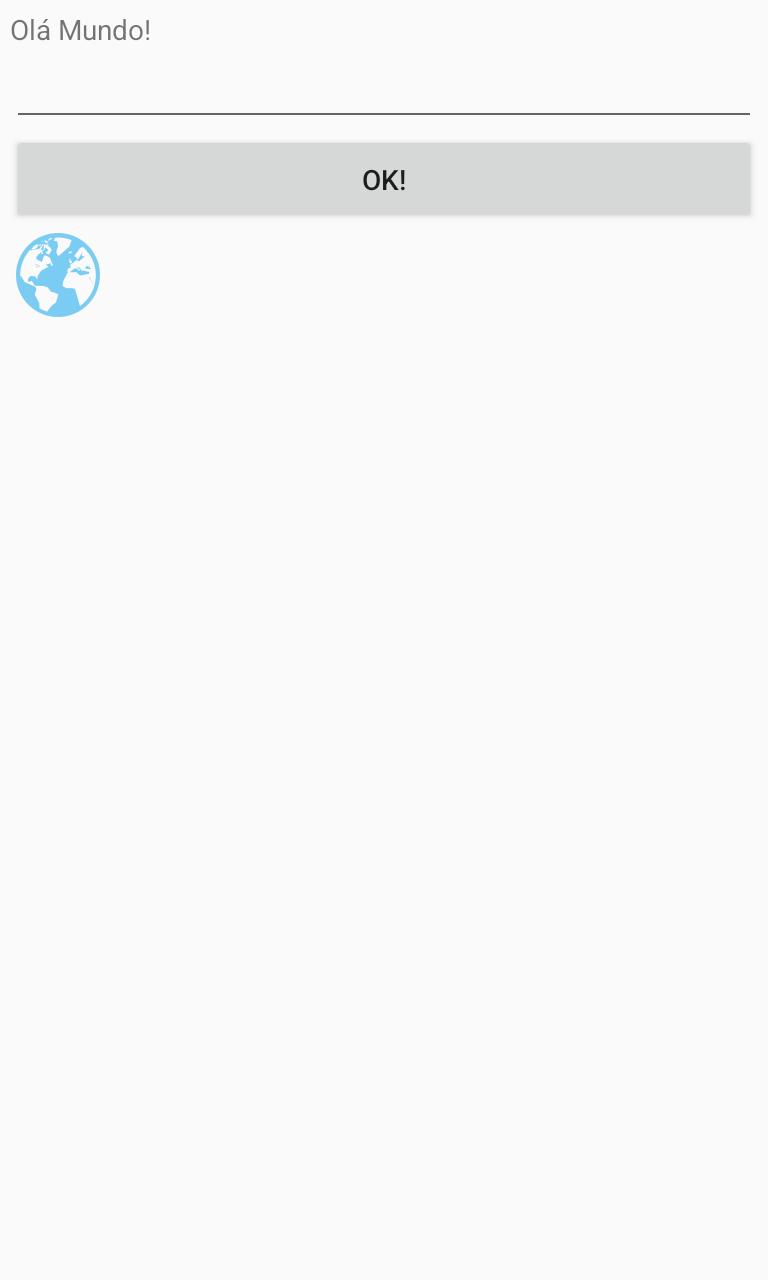
Repository: KaioWeb1/app-minhaCidade
Layout: OlaMundo/res/layout/principal.xml
The author's editor kept a copy of each file at every save. The layout is drawn from the files as they stood at one save, then again after the next save.
It is drawn on a 768 x 1280 px phone screen (xhdpi) without system bars, with theme AppTheme; the app's code is not run.

Above is the layout before, as saved 2014-09-05 14:58:28.

### OlaMundo/res/layout/principal.xml
<LinearLayout xmlns:android="http://schemas.android.com/apk/res/android"
    xmlns:tools="http://schemas.android.com/tools"
    android:layout_width="match_parent"
    android:layout_height="match_parent"
    android:padding="5dp"
    android:orientation="vertical"
    tools:context=".OlaMundoActity">

    <TextView
        android:layout_width="wrap_content"
        android:layout_height="wrap_content"
        android:text="@string/hello_world" />

    <EditText
        android:layout_width="match_parent"
        android:layout_height="wrap_content"
        android:inputType="text"
        />

    <Button
        android:layout_width="match_parent"
        android:layout_height="wrap_content"
        android:text="@string/ok"
        />

    <ImageView
        android:src="@drawable/ic_launcher"
        android:layout_width="wrap_content"
        android:layout_height="wrap_content"
        android:contentDescription="@string/hello_world"/>

</LinearLayout>

### OlaMundo/res/values/strings.xml
<?xml version="1.0" encoding="utf-8"?>
<resources>

    <string name="app_name">MinhaCidade</string>
    <string name="hello_world">Olá Mundo!</string>
    <string name="action_settings">Configurações</string>
    <string name="ok">OK!</string>


</resources>

Loaded but not shown: OlaMundo/res/values/styles.xml (common file); OlaMundo/res/values-v11/styles.xml (common file); OlaMundo/res/values-v14/styles.xml (common file)

After the next save:
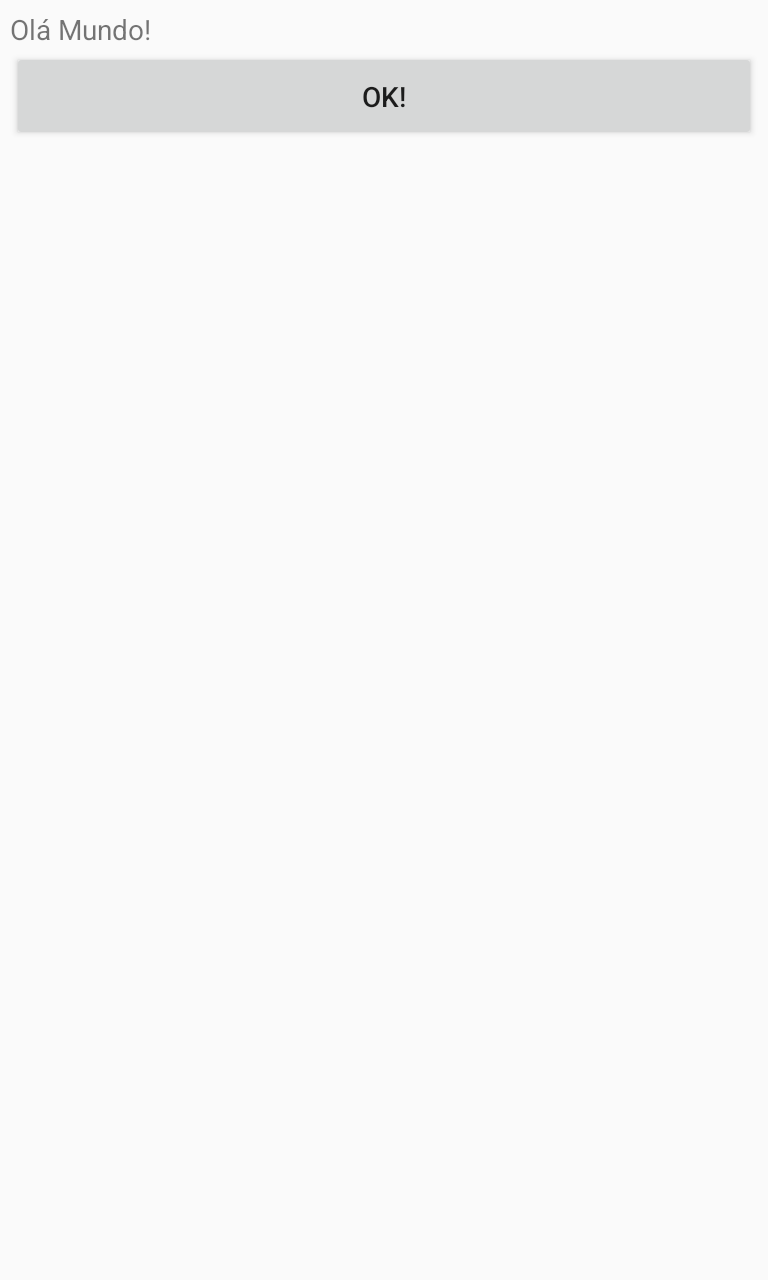
Saved 12 s later.
--- a/OlaMundo/res/layout/principal.xml
+++ b/OlaMundo/res/layout/principal.xml
@@ -4,29 +4,17 @@
     android:layout_height="match_parent"
     android:padding="5dp"
     android:orientation="vertical"
-    tools:context=".OlaMundoActity">
+    >
 
     <TextView
         android:layout_width="wrap_content"
         android:layout_height="wrap_content"
         android:text="@string/hello_world" />
 
-    <EditText
-        android:layout_width="match_parent"
-        android:layout_height="wrap_content"
-        android:inputType="text"
-        />
-
     <Button
         android:layout_width="match_parent"
         android:layout_height="wrap_content"
-        android:text="@string/ok"
+        android:text="OK!"
         />
 
-    <ImageView
-        android:src="@drawable/ic_launcher"
-        android:layout_width="wrap_content"
-        android:layout_height="wrap_content"
-        android:contentDescription="@string/hello_world"/>
-
 </LinearLayout>
